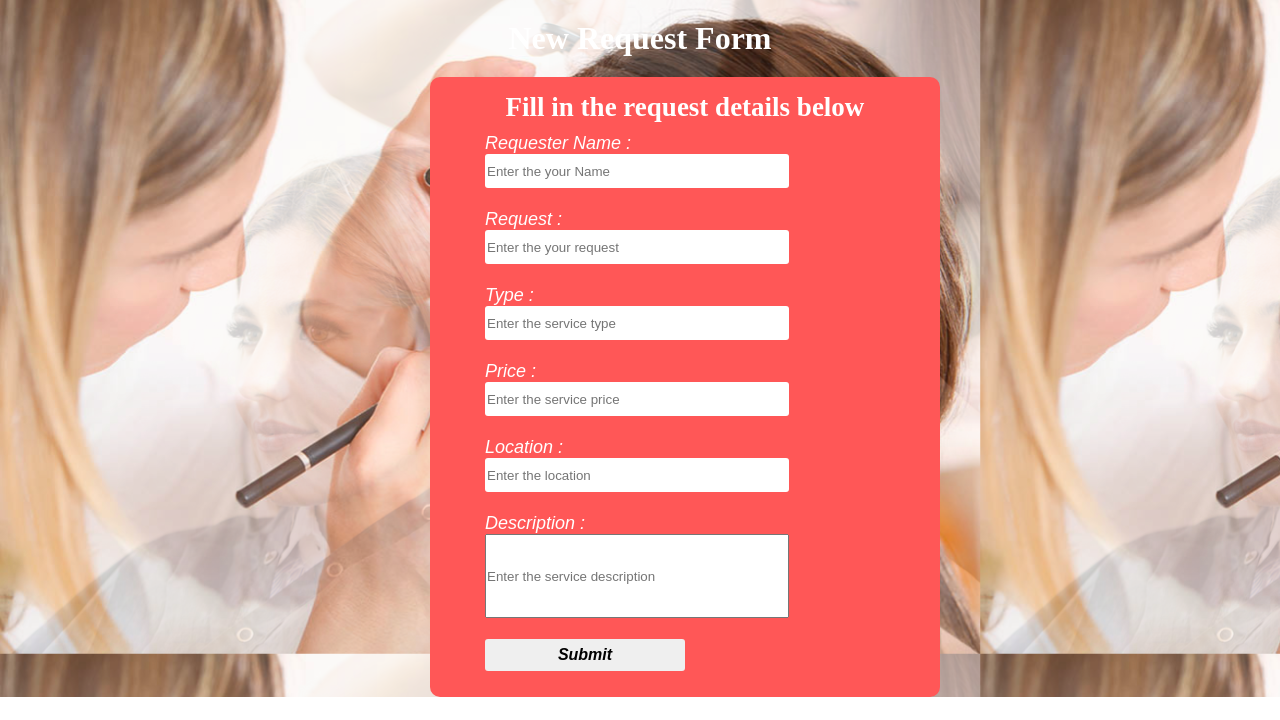
Repository: salmaARS/shovice
Page: public/newRequest.html
An editor plug-in stored every save of this project. The page is shown before and after the next save, followed by the edit.
The browser window is 1280 px wide. The pictures show the whole page.

Above is the page before, as saved 2021-06-12 14:30:23.

### public/newRequest.html
<!DOCTYPE html>
<html lang="en">

<head>
    <meta charset="UTF-8">
    <meta name="viewport" content="width=device-width, initial-scale=1.0">
    <title>New Request</title>
    <script src="https://cdnjs.cloudflare.com/ajax/libs/jquery/3.4.1/jquery.js"></script>
    <style>
        .slider {
            background-image: url(img/goService.jpeg);


            animation: slide 10s infinite;

        }

        #req_name,
        #name,
        #category,
        #type,
        #price,
        #desc,
        #location {
            width: 300px;
            height: 30px;
            border: none;
            border-radius: 3px;
            padding: 2px;
        }

        * {
            margin: 0;
            padding: 0;
        }

        h1 {
            text-align: center;
            padding: 20px;
            color: white;

        }

        h2 {
            text-align: center;
            padding: 10px;

        }

        .request {
            background: #FF5757;
            width: 500px;
            margin: 0px 0px 0px 430px;
            color: white;
            font-size: 18px;
            padding: 5px;
            border-radius: 10px;
        }

        #request {
            margin-left: 50px;
        }

        label {
            color: white;
            font-family: sans-serif;
            font-size: 18px;
            font-style: italic;
        }

        #sub {
            width: 200px;
            padding: 7px;
            font-size: 16px;
            font-family: sans-serif;
            font-style: italic;
            font-weight: 600;
            border: none;
            border-radius: 3px;
        }

        @keyframes slide {
            0% {
                background-image: url(img/goService.jpeg);
            }

            33% {
                background-image: url(img/goService3.jpg);
            }

            67% {
                background-image: url(img/goService4.jpg);
            }

        }
    </style>
</head>

<body>
    <div class=slider>
        <h1>New Request Form</h1>
        <div class="request">
            <h2>Fill in the request details below</h2>
            <form id="request" action="/request/add" method="POST">

                <label>Requester Name : </label><br>
                <input type="text" name="req_name" id="req_name" placeholder="Enter the your Name "><br><br>
                <label>Request : </label><br>
                <input type="text" name="scope" id="category" placeholder="Enter the your request "><br><br>
                <label>Type : </label><br>
                <input type="text" name="type" id="type" placeholder="Enter the service type "><br><br>
                <label>Price : </label><br>
                <input type="text" name="price" id="price" placeholder="Enter the service price"><br><br>
                <label>Location : </label><br>
                <input type="text" name="location" id="location" placeholder="Enter the location "><br><br>
                <label>Description : </label><br>
                <input type="text" name="description" id="description" placeholder="Enter the service description "
                    style="height:80px; width: 300px"><br><br>
                <input type="submit" value="Submit" id="sub"><br><br>
            </form>
        </div>
    </div>
    <!-- <script>
        window.addEventListener('load',
            function () {
                const name = localStorage.getItem("userName");
                console.log(name);
                document.getElementById("req_name").value = name;
            }, false);

        $('#request').submit(function (event) {
            event.preventDefault();


            var formData = $(this).serialize();


            $.ajax({
                type: "POST",
                url: "http://localhost/shovice/api/request/",
                data: formData,
                dataType: "json",

                success: function (data, status, xhr) {
                    if (data.rowcount > 0) {
                        alert('Succesfully add your request');
                        window.location.replace("./homepage.html");
                    }
                    else {
                        alert('fail to add the request, ' + data.errormessage);
                    }
                },

                error: function () {
                    alert('error: ' + status.log);
                }
            });
        });

    </script> -->
</body>

</html>

After the next save:
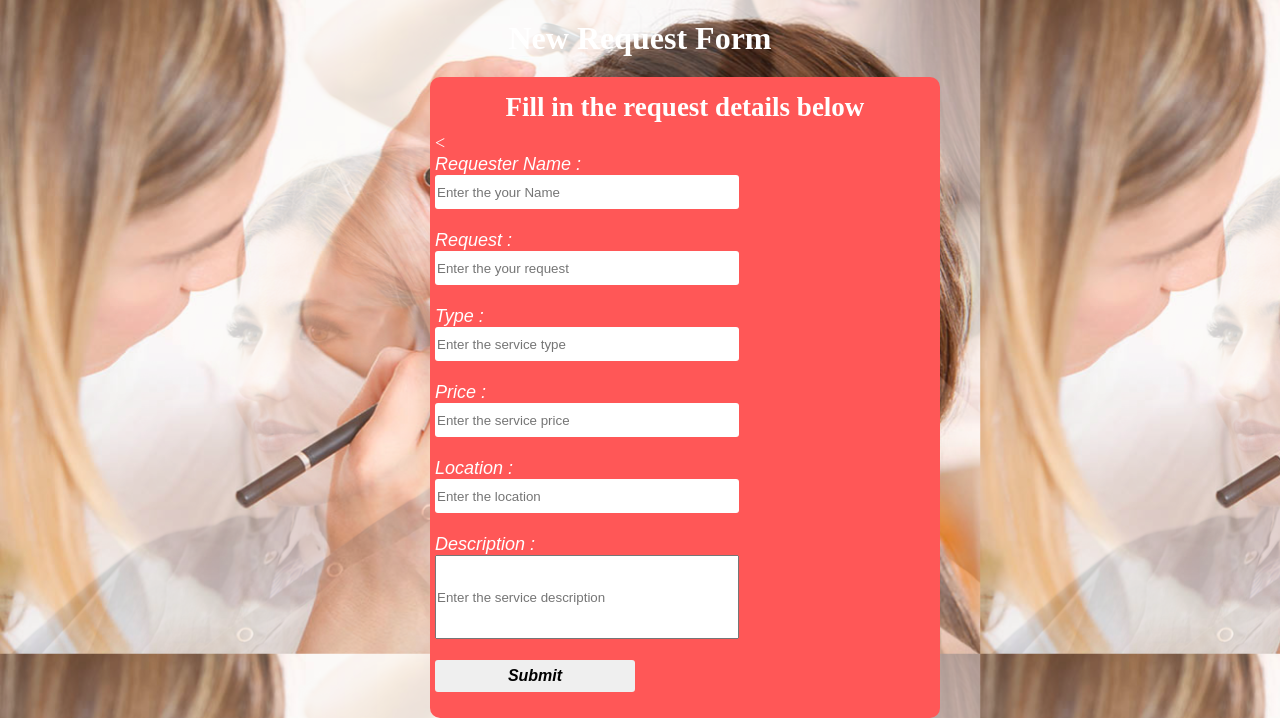
Saved 2 min 38 s later.
--- a/public/newRequest.html
+++ b/public/newRequest.html
@@ -101,7 +101,7 @@
         <h1>New Request Form</h1>
         <div class="request">
             <h2>Fill in the request details below</h2>
-            <form id="request" action="/request/add" method="POST">
+            <<form class="form-horizontal" role="form" action="#" th:action="@{/greeting}" th:object="${request}" method="post">
 
                 <label>Requester Name : </label><br>
                 <input type="text" name="req_name" id="req_name" placeholder="Enter the your Name "><br><br>

After the 4 saves that followed:
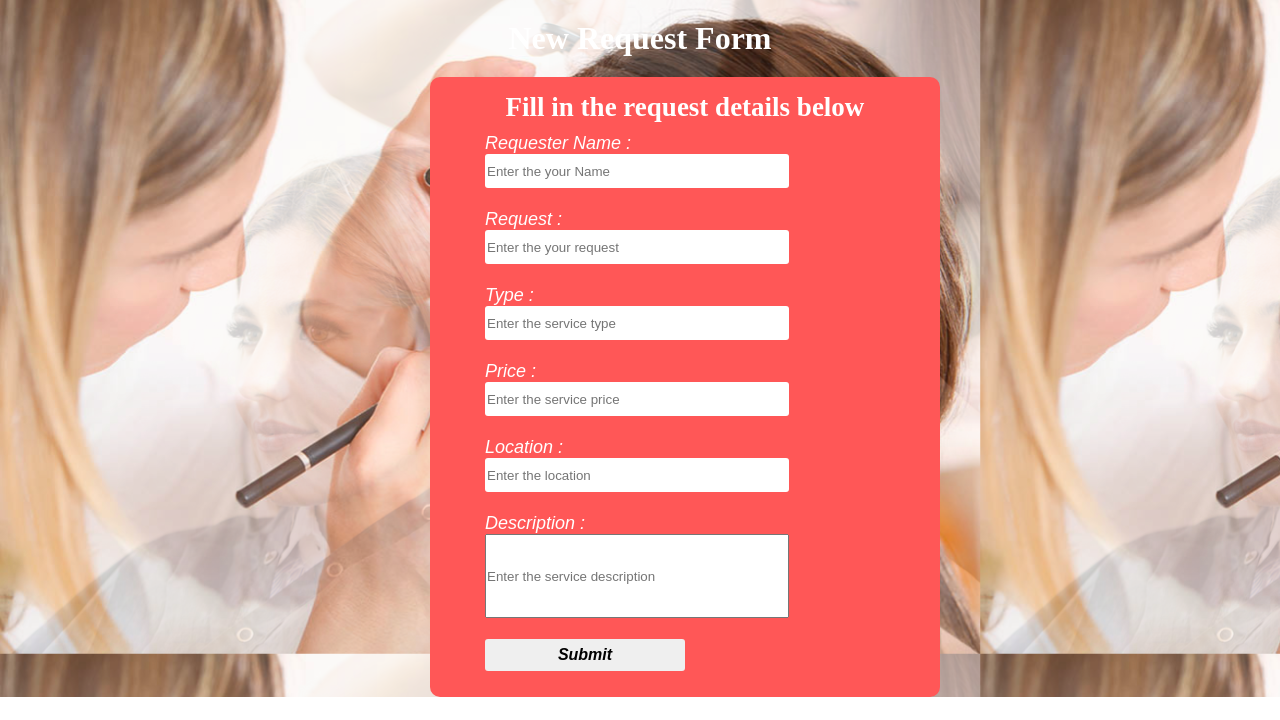
The 4 saves are shown as one change because 3 left the picture as it was.
The last was saved 7 min 29 s later.
--- a/public/newRequest.html
+++ b/public/newRequest.html
@@ -101,7 +101,7 @@
         <h1>New Request Form</h1>
         <div class="request">
             <h2>Fill in the request details below</h2>
-            <<form class="form-horizontal" role="form" action="#" th:action="@{/greeting}" th:object="${request}" method="post">
+            <form id="request" action="/request/add" method="POST">
 
                 <label>Requester Name : </label><br>
                 <input type="text" name="req_name" id="req_name" placeholder="Enter the your Name "><br><br>
